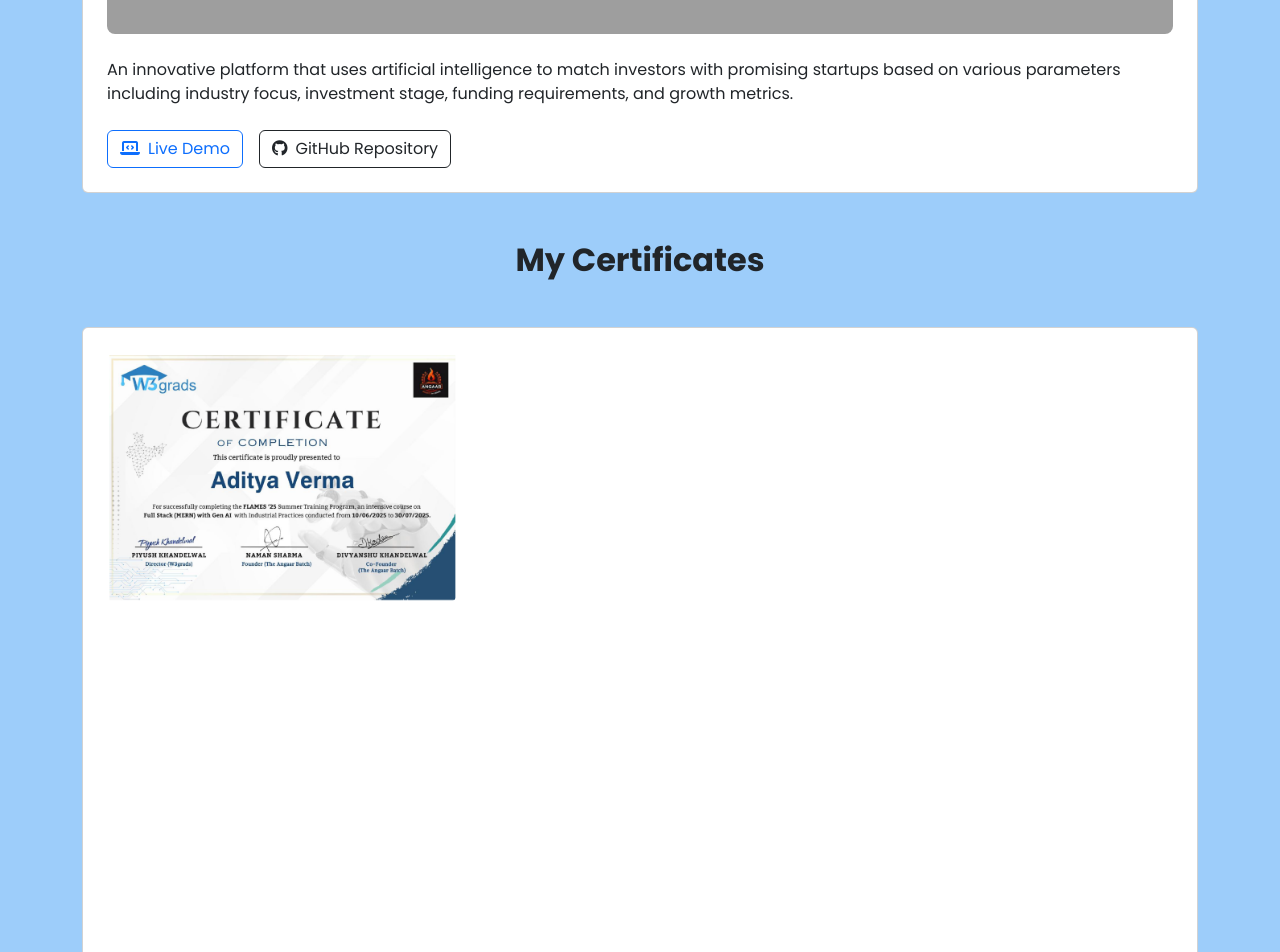
Repository: AdityaTech-Pro/Portfolio-Aditya-Verma
Page: Aditya Portfolio/index.html
The author's editor kept a copy of each file at every save. The page is drawn from the files as they stood at one save, then again after the next save.
The browser window is 1280 px wide. The pictures show the part of the page from y = 4080 to 5032 px (the page is 5807 px tall).
Pictures or frames that could not be fetched are drawn as grey boxes.

Above is the page before, as saved 2026-01-08 00:36:23.

After the next save:
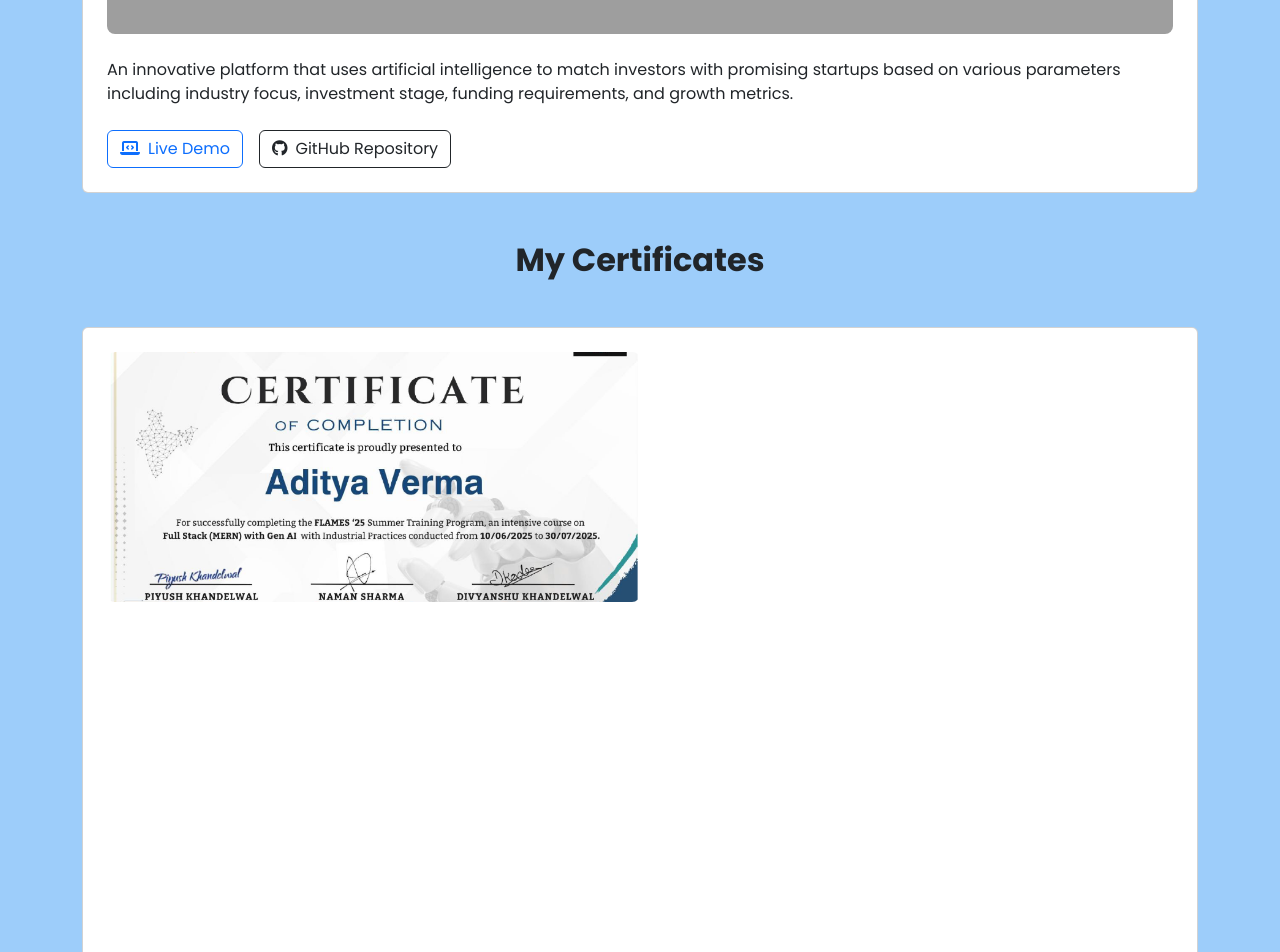
Saved 19 s later.
--- a/Aditya Portfolio/index.html
+++ b/Aditya Portfolio/index.html
@@ -375,7 +375,7 @@
                     <!--Image-->
                     <div class="video-container mb-4">
                         <div class="video-container mb-4">
-                            <img src="./assets/Full Stack Dev Certificate1.png" alt="Full Stack Development 1" class="project-img img-fluid w-200">
+                            <img src="./assets/Full Stack Dev Certificate1.png" alt="Full Stack Development 1" class="project-img img-fluid w-50">
                         </div>
                         <!--Certificate name and Describtion-->
                         <p class="card-text mb-4 ">
